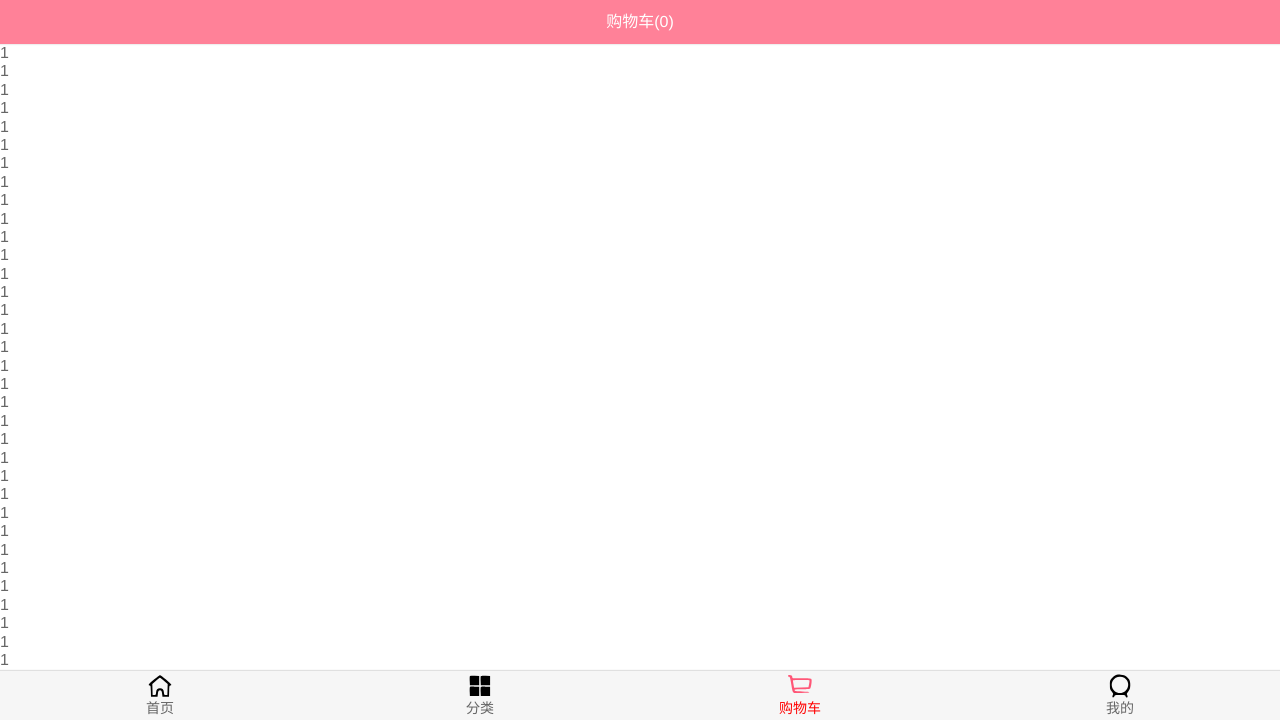
Repository: shihaowengit/mall
Page: /cart
The author's editor kept a copy of each file at every save. The page is drawn from the files as they stood at one save, then again after the next save.
The browser window is 1280 px wide. The pictures show the whole page.
The project was rebuilt for these pictures with package versions that can differ from the ones it lists, and the page was loaded fresh each time. Also part of the build but not shown: vue.config.js, src/views/cart/childComps/CheckButton.vue, src/views/cart/childComps/CartListItem.vue.

Above is the page before, as saved 2019-12-02 09:47:44.

### public/index.html
<!DOCTYPE html>
<html lang="en">
  <head>
    <meta charset="utf-8">
    <meta http-equiv="X-UA-Compatible" content="IE=edge">
    <meta name="viewport" content="width=device-width,initial-scale=1.0">
    <link rel="icon" href="<%= BASE_URL %>favicon.ico">
    <title>mail</title>
  </head>
  <body>
    <noscript>
      <strong>We're sorry but mail doesn't work properly without JavaScript enabled. Please enable it to continue.</strong>
    </noscript>
    <div id="app"></div>
    <!-- built files will be auto injected -->
  </body>
</html>

### src/main.js
import Vue from 'vue'
import App from './App.vue'
import router from './router'
import store from './store'

Vue.prototype.$bus = new Vue()

Vue.config.productionTip = false

new Vue({
  router,
  store,
  render: h => h(App)
}).$mount('#app')

### src/App.vue
<template>
  <div id="app">
    <keep-alive exclude="Detail">
      <router-view/>
    </keep-alive>
    <main-tab-bar/>
  </div>
</template>

<script>
import MainTabBar from 'components/content/mainTabBar/MainTabBar'
export default {
  name: 'App',
  components: {
    MainTabBar
  }
}
</script>

<style>
  @import url('./assets/css/base.css');
</style>

### src/router/index.js
import Vue from 'vue'
import VueRouter from 'vue-router'

const Home = () => import('views/home/Home')
const Category = () => import('views/category/Category')
const Cart = () => import('views/cart/Cart')
const Profile = () => import('views/profile/Profile')
const Detail = () => import('views/detail/Detail')


//防止多次点击报错
// const originalPush = VueRouter.prototype.push
// VueRouter.prototype.push = function push(location) {
//   return originalPush.call(this, location).catch(err => err)
// }

Vue.use(VueRouter)

const routes = [
  {
    path: '',
    redirect: '/home'
  },
  {
    path: '/home',
    component: Home
  },
  {
    path: '/category',
    component: Category
  },
  {
    path: '/cart',
    component: Cart
  },
  {
    path: '/profile',
    component: Profile
  },
  {
    path: '/detail/:iid',
    component: Detail
  }
]

const router = new VueRouter({
  mode: 'history',
  base: process.env.BASE_URL,
  routes
})

export default router

### src/store/index.js
import Vue from 'vue'
import Vuex from 'vuex'
import mutations from './mutations'
import actions from './actions'
import getters from './getters'

Vue.use(Vuex)

const state = {
  cartList: []
}

export default new Vuex.Store({
  state,
  mutations,
  actions,
  getters
})

### src/assets/css/base.css
@import "./normalize.css";

:root {
  --color-text: #666;
  --color-high-text: #ff5777;
  --color-tint: #ff8198;
  --color-background: #fff;
  --font-size: 14px;
  --line-height: 1.5;
}

*,
*::before,
*::after {
  margin: 0;
  padding: 0;
  box-sizing: border-box;
}

body {
  font-family: "Helvetica Neue",Helvetica,"PingFang SC","Hiragino Sans GB","Microsoft YaHei","微软雅黑",Arial,sans-serif;
  user-select: none; /* 禁止用户鼠标在页面上选中文字/图片等 */
  -webkit-tap-highlight-color: transparent; /* webkit是苹果浏览器引擎，tap点击，highlight背景高亮，color颜色，颜色用数值调节 */
  background: var(--color-background);
  color: var(--color-text);
  /* rem vw/vh */
  width: 100vw;
}

a {
  color: var(--color-text);
  text-decoration: none;
}


.clear-fix::after {
  clear: both;
  content: '';
  display: block;
  width: 0;
  height: 0;
  visibility: hidden;
}

.clear-fix {
  zoom: 1;
}

.left {
  float: left;
}

.right {
  float: right;
}

### src/components/content/mainTabBar/MainTabBar.vue
<template>
  <tab-bar>
    <tab-bar-item path="/home">
      <template v-slot:item-icon>
        <img src="~assets/img/tabbar/home.svg" alt="">
      </template>
      <template v-slot:item-active-icon>
        <img src="~assets/img/tabbar/home_active.svg" alt="">
      </template>
      <template v-slot:item-text>
        <div>首页</div>
      </template>
    </tab-bar-item>
    <tab-bar-item path="/category">
      <template v-slot:item-icon>
        <img src="~assets/img/tabbar/category.svg" alt="">
      </template>
      <template v-slot:item-active-icon>
        <img src="~assets/img/tabbar/category_active.svg" alt="">
      </template>
      <template v-slot:item-text>
        <div>分类</div>
      </template>
    </tab-bar-item>
    <tab-bar-item path="/cart">
      <template v-slot:item-icon>
        <img src="~assets/img/tabbar/shopcart.svg" alt="">
      </template>
      <template v-slot:item-active-icon>
        <img src="~assets/img/tabbar/shopcart_active.svg" alt="">
      </template>
      <template v-slot:item-text>
        <div>购物车</div>
      </template>
    </tab-bar-item>
    <tab-bar-item path="/profile">
      <template v-slot:item-icon>
        <img src="~assets/img/tabbar/profile.svg" alt="">
      </template>
      <template v-slot:item-active-icon>
        <img src="~assets/img/tabbar/profile_active.svg" alt="">
      </template>
      <template v-slot:item-text>
        <div>我的</div>
      </template>
    </tab-bar-item>
  </tab-bar>
</template>

<script>
  import TabBar from 'components/common/tabbar/TabBar'
  import TabBarItem from 'components/common/tabbar/TabBarItem'

  export default {
    name: "MainTabBar",
    components: {
      TabBar,
      TabBarItem
    }
  }
</script>

<style scoped>

</style>

### src/views/cart/Cart.vue
<template>
  <div class="cart">
    <nav-bar class="nav-bar">
      <template v-slot:center><div>购物车({{cartLength}})</div></template>
    </nav-bar>
    <cart-list></cart-list>
  </div>
</template>

<script>
import NavBar from 'components/common/navbar/NavBar'

import CartList from './childComps/CartList'

import { mapGetters } from 'vuex'

export default {
  name: 'Cart',
  components: {
    NavBar,
    CartList
  },
  computed: {
    ...mapGetters(['cartLength', 'cartList'])
  }
}
</script>

<style scoped>
  .cart {
    height: 100vh;
    overflow-y: hidden;
  }

  .nav-bar {
    background-color: var(--color-tint);
    color: #fff;
  }
</style>

### src/store/mutations.js
import{
  ADD_COUNTER,
  ADD_TO_CART
} from './mutations-types'

const mutations = {
  [ADD_COUNTER](state, payload) {
    payload.count += 1
  },
  [ADD_TO_CART](state, payload) {
    state.cartList.push(payload)
  }
}

export default mutations

### src/store/actions.js
import{
  ADD_COUNTER,
  ADD_TO_CART
} from './mutations-types'

const actions = {
  addCart({state, commit}, payload) {
    let oldProduct = state.cartList.find(item => item.iid === payload.iid)

    if (oldProduct) {
      commit(ADD_COUNTER, oldProduct)
    } else {
      payload.count = 1
      commit(ADD_TO_CART, payload)
    }
  }
}

export default actions

### src/store/getters.js
const getters = {
  cartLength(state) {
    return state.cartList.length
  },
  cartList(state) {
    return state.cartList
  }
}

export default getters

### src/components/common/tabbar/TabBar.vue
<template>
  <div id="tab-bar">
    <slot></slot>
  </div>
</template>

<script>
export default {
  name: 'TabBar'
};
</script>

<style>
  #tab-bar {
    display: flex;
    background-color: #f6f6f6;

    position: fixed;
    left: 0;
    right: 0;
    bottom: 0;

    box-shadow: 0 -1px 1px rgba(100, 100, 100, 0.2);
  }
</style>

### src/components/common/tabbar/TabBarItem.vue
<template>
  <div class="tab-bar-item" @click="itemClick">
    <div v-if="!isActive">
      <slot name="item-icon"></slot>
    </div>
    <div v-else>
      <slot name="item-active-icon"></slot>
    </div>
    <div :style="activeStyle">
      <slot name="item-text"></slot>
    </div>
  </div>
</template>

<script>
export default {
  name: 'TabBarItem',
  props: {
    path: String,
    activeColor: {
      type: String,
      default: 'red'
    }
  },
  data() {
    return {
      // isActive: true
    }
  },
  methods: {
    itemClick() {
      this.$router.push(this.path);
    }
  },
  computed: {
    activeStyle() {
      return this.isActive ? {color: this.activeColor} : {}
    },
    isActive() {
      return this.$route.path.indexOf(this.path) !== -1
    }
  }
};
</script>

<style>
  .tab-bar-item {
    flex: 1;
    text-align: center;
    height: 49px;
    font-size: 14px;
  }

  .tab-bar-item img {
    width: 24px;
    height: 24px;
    margin-top: 3px;
    vertical-align: middle;
    margin-bottom: 2px;
  }
</style>

### src/components/common/navbar/NavBar.vue
<template>
  <div class="nav-bar">
    <div class="left"><slot name="left"></slot></div>
    <div class="center"><slot name="center"></slot></div>
    <div class="right"><slot name="right"></slot></div>
  </div>
</template>

<script>
export default {
  name: 'NavBar'
}
</script>

<style>
  .nav-bar {
    display: flex;
    height: 44px;
    line-height: 44px;
    text-align: center;
    box-shadow: 0 1px 1px rgba(100, 100, 100, .1);
  }

  .left, .right {
    width: 50px;
  }

  .center {
    flex: 1;
  }
</style>

### src/components/common/scroll/Scroll.vue
<template>
  <div class="wrapper" ref="wrapper">
    <div class="content">
      <slot></slot>
    </div>
  </div>
</template>

<script>
import BScroll from 'better-scroll'

export default {
  name: 'Scroll',
  props: {
    probeType: {
      type: Number,
      default: 0
    },
    pullUpLoad: {
      type: Boolean,
      default: false
    }
  },
  data() {
    return {
      scroll: null
    }
  },
  mounted() {
    this.scroll = new BScroll(this.$refs.wrapper, {
      click: true,
      probeType: this.probeType,
      pullUpLoad: this.pullUpLoad
    })

    if (this.probeType === 2 || this.probeType === 3) {
      this.scroll.on('scroll', (position) => {
        this.$emit('scroll', position)
      })
    }

    if (this.pullUpLoad) {
      this.scroll.on('pullingUp', () => {
        this.$emit('pullingUp')
      })
    }

  },
  methods: {
    scrollTo(x, y, time) {
      this.scroll && this.scroll.scrollTo(x, y, time)
    },
    finishPullUp() {
      this.scroll && this.scroll.finishPullUp()
    },
    refresh() {
      this.scroll && this.scroll.refresh()
    },
    getScrollY() {
      return this.scroll.y
    }
  }
}
</script>

<style scoped>

</style>

### src/views/cart/childComps/CartList.vue
<template>
<div class="cart-list">
  <scroll class="scroll">
    <!-- <div class="cart-list">
      <cart-list-item v-for="item in cartList" :key="item.iid" :item-info="item"></cart-list-item>
    </div> -->
    <ul>
      <li>1</li>
      <li>1</li>
      <li>1</li>
      <li>1</li>
      <li>1</li>
      <li>1</li>
      <li>1</li>
      <li>1</li>
      <li>1</li>
      <li>1</li>
      <li>1</li>
      <li>1</li>
      <li>1</li>
      <li>1</li>
      <li>1</li>
      <li>1</li>
      <li>1</li>
      <li>1</li>
      <li>1</li>
      <li>1</li>
      <li>1</li>
      <li>1</li>
      <li>1</li>
      <li>1</li>
      <li>1</li>
      <li>1</li>
      <li>1</li>
      <li>1</li>
      <li>1</li>
      <li>1</li>
      <li>1</li>
      <li>1</li>
      <li>1</li>
      <li>1</li>
      <li>1</li>
      <li>1</li>
      <li>1</li>
      <li>1</li>
      <li>1</li>
      <li>1</li>
      <li>1</li>
      <li>1</li>
      <li>1</li>
      <li>1</li>
      <li>1</li>
      <li>1</li>
      <li>1</li>
      <li>1</li>
      <li>1</li>
      <li>1</li>
      <li>1</li>
      <li>1</li>
      <li>1</li>
      <li>1</li>
      <li>1</li>
      <li>1</li>
      <li>1</li>
      <li>1</li>
      <li>1</li>
      <li>1</li>
      <li>1</li>
      <li>1</li>
      <li>1</li>
      <li>1</li>
      <li>1</li>
      <li>1</li>
      <li>1</li>
      <li>1</li>
      <li>1</li>
      <li>1</li>
      <li>1</li>
      <li>1</li>
      <li>1</li>
      <li>1</li>
      <li>1</li>
      <li>1</li>
      <li>1</li>
      <li>1</li>
      <li>1</li>
      <li>1</li>
      <li>1</li>
      <li>1</li>
      <li>1</li>
      <li>1</li>
      <li>1</li>
      <li>1</li>
      <li>1</li>
      <li>1</li>
      <li>1</li>
      <li>1</li>
    </ul>
  </scroll>
</div>
</template>

<script>
  import Scroll from 'components/common/scroll/Scroll'
  import CartListItem from './CartListItem'

  import { mapGetters } from 'vuex'

	export default {
		name: "CartList",
    components: {
      Scroll,
      CartListItem
    },
    computed: {
      ...mapGetters(['cartList'])
    }
	}
</script>

<style scoped>
  .cart-list {
    height: 100vh;
  }

  .scroll {
    height: calc(100% - 44px - 49px);
  }
</style>

Loaded but not shown: src/assets/css/normalize.css (library); src/store/mutations-types.js (common file)

After the next save:
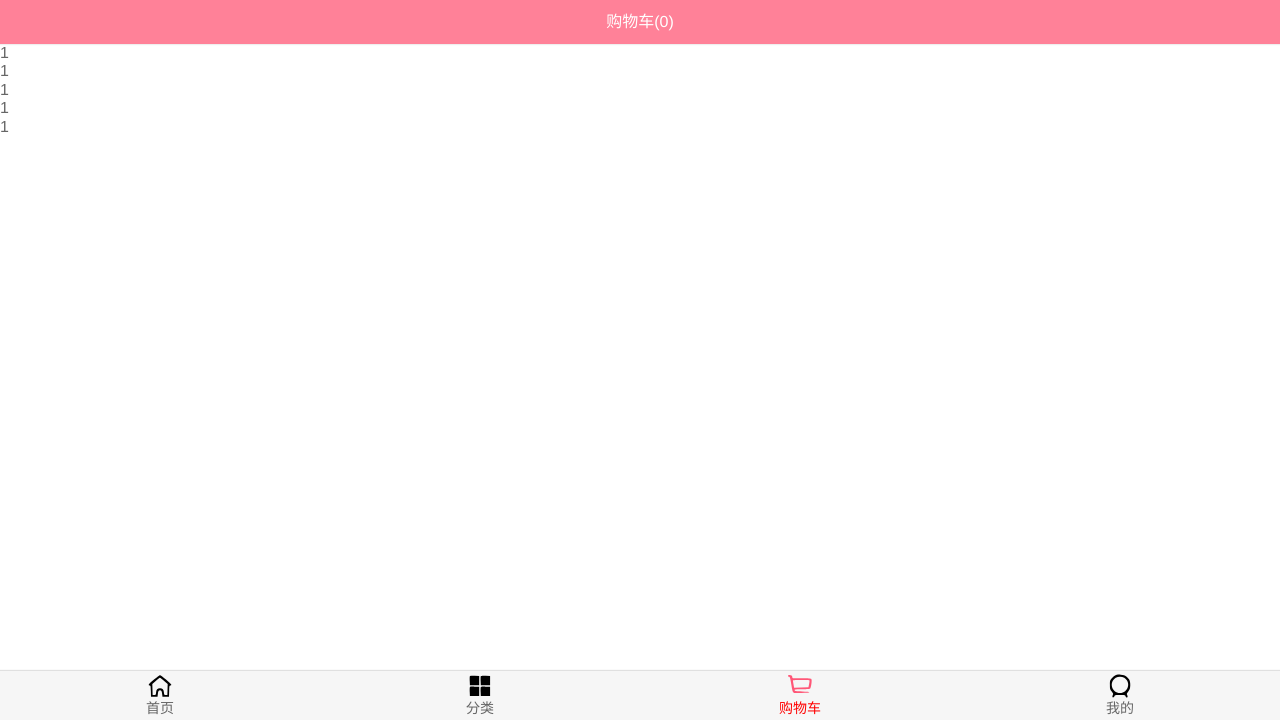
Saved 10 s later.
--- a/src/views/cart/childComps/CartList.vue
+++ b/src/views/cart/childComps/CartList.vue
@@ -5,91 +5,6 @@
       <cart-list-item v-for="item in cartList" :key="item.iid" :item-info="item"></cart-list-item>
     </div> -->
     <ul>
-      <li>1</li>
-      <li>1</li>
-      <li>1</li>
-      <li>1</li>
-      <li>1</li>
-      <li>1</li>
-      <li>1</li>
-      <li>1</li>
-      <li>1</li>
-      <li>1</li>
-      <li>1</li>
-      <li>1</li>
-      <li>1</li>
-      <li>1</li>
-      <li>1</li>
-      <li>1</li>
-      <li>1</li>
-      <li>1</li>
-      <li>1</li>
-      <li>1</li>
-      <li>1</li>
-      <li>1</li>
-      <li>1</li>
-      <li>1</li>
-      <li>1</li>
-      <li>1</li>
-      <li>1</li>
-      <li>1</li>
-      <li>1</li>
-      <li>1</li>
-      <li>1</li>
-      <li>1</li>
-      <li>1</li>
-      <li>1</li>
-      <li>1</li>
-      <li>1</li>
-      <li>1</li>
-      <li>1</li>
-      <li>1</li>
-      <li>1</li>
-      <li>1</li>
-      <li>1</li>
-      <li>1</li>
-      <li>1</li>
-      <li>1</li>
-      <li>1</li>
-      <li>1</li>
-      <li>1</li>
-      <li>1</li>
-      <li>1</li>
-      <li>1</li>
-      <li>1</li>
-      <li>1</li>
-      <li>1</li>
-      <li>1</li>
-      <li>1</li>
-      <li>1</li>
-      <li>1</li>
-      <li>1</li>
-      <li>1</li>
-      <li>1</li>
-      <li>1</li>
-      <li>1</li>
-      <li>1</li>
-      <li>1</li>
-      <li>1</li>
-      <li>1</li>
-      <li>1</li>
-      <li>1</li>
-      <li>1</li>
-      <li>1</li>
-      <li>1</li>
-      <li>1</li>
-      <li>1</li>
-      <li>1</li>
-      <li>1</li>
-      <li>1</li>
-      <li>1</li>
-      <li>1</li>
-      <li>1</li>
-      <li>1</li>
-      <li>1</li>
-      <li>1</li>
-      <li>1</li>
-      <li>1</li>
       <li>1</li>
       <li>1</li>
       <li>1</li>

After the save that followed:
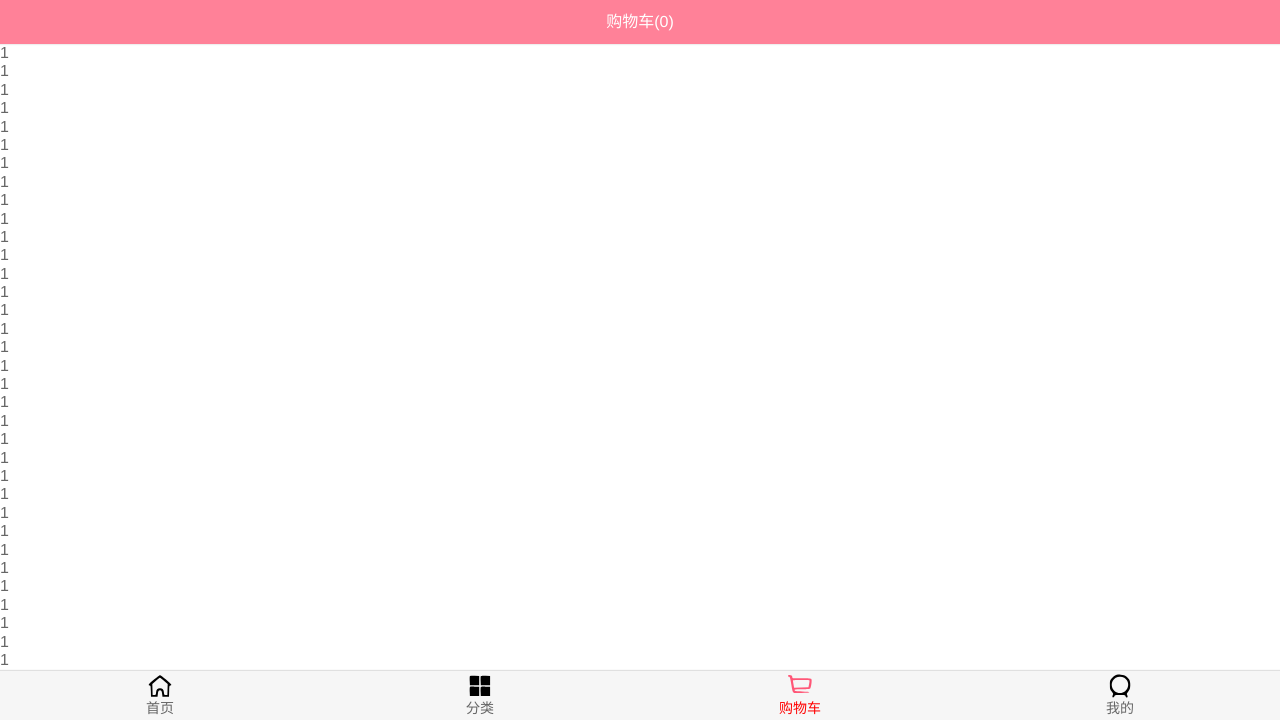
Saved 7 s later.
--- a/src/views/cart/childComps/CartList.vue
+++ b/src/views/cart/childComps/CartList.vue
@@ -10,6 +10,67 @@
       <li>1</li>
       <li>1</li>
       <li>1</li>
+      <li>1</li>
+      <li>1</li>
+      <li>1</li>
+      <li>1</li>
+      <li>1</li>
+      <li>1</li>
+      <li>1</li>
+      <li>1</li>
+      <li>1</li>
+      <li>1</li>
+      <li>1</li>
+      <li>1</li>
+      <li>1</li>
+      <li>1</li>
+      <li>1</li>
+      <li>1</li>
+      <li>1</li>
+      <li>1</li>
+      <li>1</li>
+      <li>1</li>
+      <li>1</li>
+      <li>1</li>
+      <li>1</li>
+      <li>1</li>
+      <li>1</li>
+      <li>1</li>
+      <li>1</li>
+      <li>1</li>
+      <li>1</li>
+      <li>1</li>
+      <li>1</li>
+      <li>1</li>
+      <li>1</li>
+      <li>1</li>
+      <li>1</li>
+      <li>1</li>
+      <li>1</li>
+      <li>1</li>
+      <li>1</li>
+      <li>1</li>
+      <li>1</li>
+      <li>1</li>
+      <li>1</li>
+      <li>1</li>
+      <li>1</li>
+      <li>1</li>
+      <li>1</li>
+      <li>1</li>
+      <li>1</li>
+      <li>1</li>
+      <li>1</li>
+      <li>1</li>
+      <li>1</li>
+      <li>1</li>
+      <li>1</li>
+      <li>1</li>
+      <li>1</li>
+      <li>1</li>
+      <li>1</li>
+      <li>1</li>
+
     </ul>
   </scroll>
 </div>
